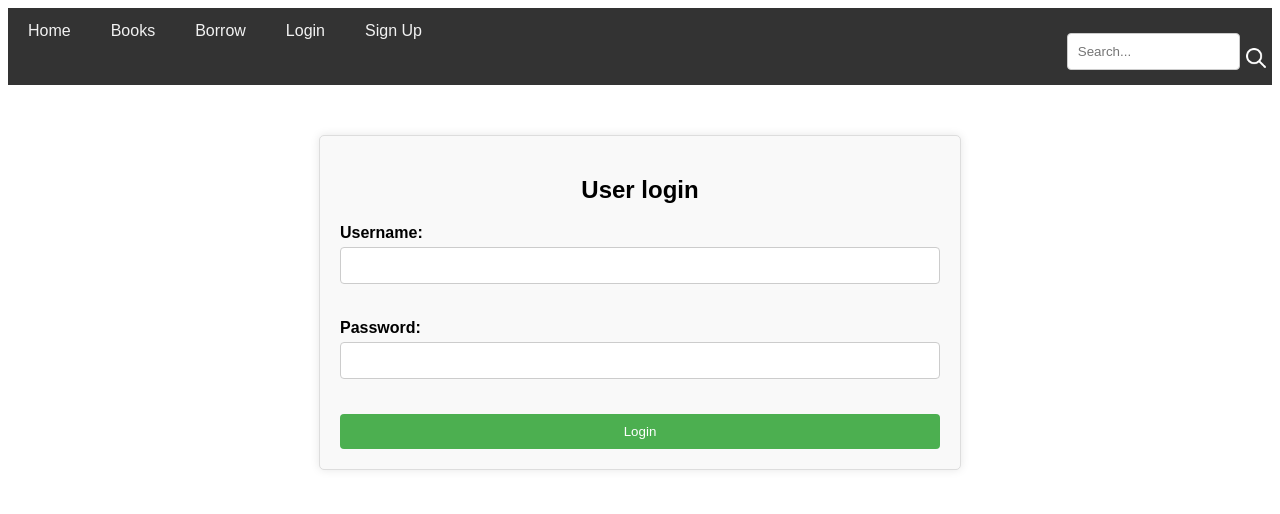
Repository: fadyesk12/Web-Technology-Course-Project
Page: auth/login.html
These files come from the project's save history. The page is drawn as it stood at one moment and after the next save; the edit follows.
The browser window is 1280 px wide. The pictures show the whole page.

Above is the page before, as saved 2024-04-20 02:44:54.

### auth/login.html
<!DOCTYPE html>
<html>
    <head>
      <meta charset="UTF-8">
      <meta name="viewport" content="width=device-width, initial-scale=1.0">
      <title>User login</title>
      <link rel="stylesheet" href="../Styling/login.css">
    </head>
    <body>
          <div id="navbar">
            <a href="../index.html">Home</a>
            <a href="../book_list.html">Books</a>
            <a href="../borrow.html">Borrow</a>
            <a href="../auth/login.html">Login</a>
            <a href="../auth/signup.html">Sign Up</a>
            <div class ="search">
              <form action="" method="get">
                <input type="text" placeholder="Search...">
                <button type="submit"><img src="../PICS/search.png"></button>
              </form>
            </div>
          </div>

          <div class="container">
            <h2>User login</h2>
            <form>
               <div class="form-group">
                 <label for="username">Username:</label>
                 <input type="text" id = "username" name = "username" required>
               </div>
               <div class="form-group">
                 <label for="password">Password:</label>
                 <input type="password" id = "password" name = "password" required>
               </div>
               <input type="submit" value="Login">
            </form>
          </div>
          <script src="login.js"></script>
    </body>
</html>

### Styling/login.css
#navbar {
    overflow: hidden;
    background-color: #333;
  }

#navbar a {
    float: left;
    display: block;
    color: #f2f2f2;
    text-align: center;
    padding: 14px 20px;
    text-decoration: none;
}

#navbar a:hover {
    background-color: #ddd;
    color: black;
}

body {
    font-family: Arial, sans-serif;
}

.container {
    max-width: 600px;
    margin: 50px auto;
    padding: 20px;
    border: 1px solid #ddd;
    border-radius: 5px;
    background-color: #f9f9f9;
    box-shadow: 0 0 10px rgba(0, 0, 0, 0.1);
}

.form-group {
    margin-bottom: 20px;
}

label {
    display: block;
    font-weight: bold;
    margin-bottom: 5px;
}

h1, h2 {
    text-align: center;
}

form {
    margin-top: 20px;
}


input[type="text"],
input[type="password"],
input[type="email"],
select {
    width: 100%;
    padding: 10px;
    margin-bottom: 15px;
    border: 1px solid #ccc;
    border-radius: 4px;
    box-sizing: border-box;
}

input[type="submit"] {
    width: 100%;
    background-color: #4CAF50;
    color: #fff;
    padding: 10px 20px;
    border: none;
    border-radius: 4px;
    cursor: pointer;
}

input[type="submit"]:hover {
    background-color: #45a049;
}

.search{
    margin-top: 5px;
    float:right;
    }

   .search input{
    width:75%;
    }

   .search img{
    width: 20px;
    }

   .search button{
    background-color: #333;
    border: 0;
}

.search form{
        display: flex;
        align-items: center;
        justify-content: right;
}

### auth/login.js
document.addEventListener("DOMContentLoaded", function() {
    const form = document.querySelector("form");

    form.addEventListener("submit", function(event) {
      event.preventDefault();

      const username = document.getElementById("username").value.trim();
      const password = document.getElementById("password").value.trim();

      fetch("/login", {
        method: "POST",
        headers: {
          "Content-Type": "application/json"
        },
        body: JSON.stringify({ username, password })
      })
      .then(response => {
        if (!response.ok) {
          throw new Error("Network response was not ok");
        }
        return response.text();
      })
      .then(responseText => {
        alert(responseText); // Display server response
      })
      .catch(error => {
        console.error("Error:", error);
        alert("An error occurred. Please try again later.");
      });
    });
  });

After the next save:
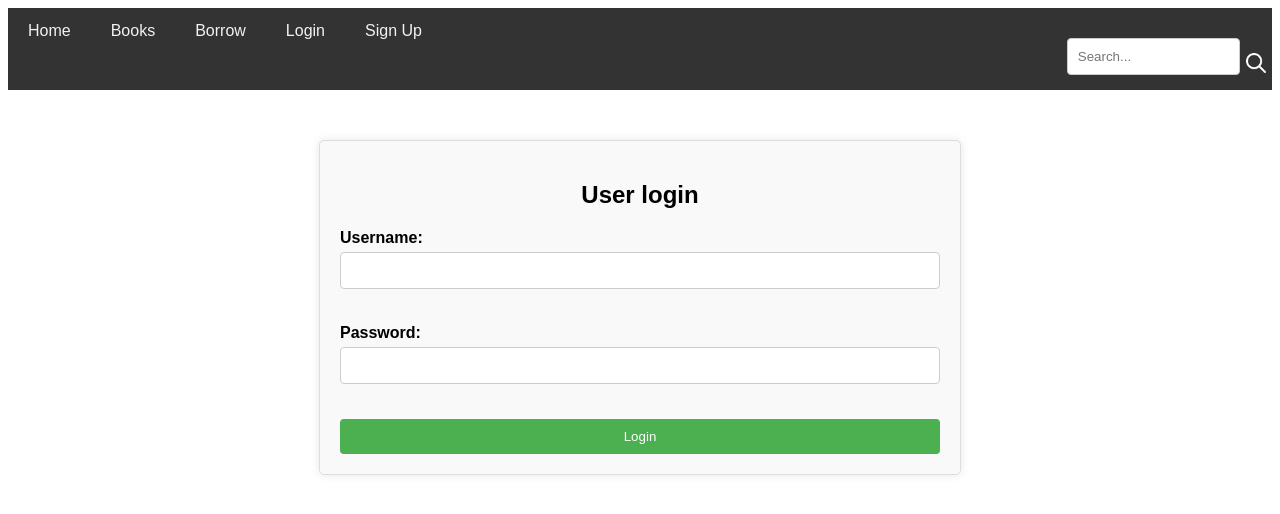
Saved 4 s later.
--- a/Styling/login.css
+++ b/Styling/login.css
@@ -77,22 +77,27 @@
 }
 
 .search{
-    margin-top: 5px;
-    float:right;
-    }
+  margin-top: 10px;
+  float:right;
+}
 
-   .search input{
-    width:75%;
-    }
+.search input{
+  width:75%;
+}
 
-   .search img{
-    width: 20px;
-    }
+.search img{
+  width: 20px;
+}
 
-   .search button{
-    background-color: #333;
-    border: 0;
+.search button{
+  background-color: #333;
+  border: 0;
 }
+.search form{
+display: flex;
+align-items: center;
+justify-content: right;
+            }
 
 .search form{
         display: flex;

After the 2 saves that followed:
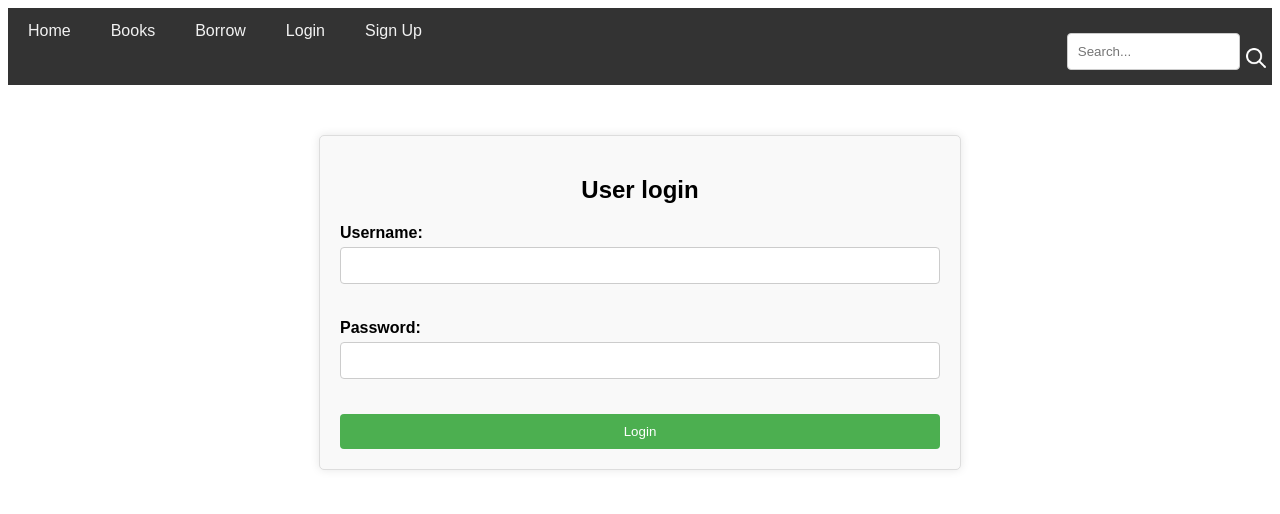
The 2 saves are shown as one change because they came seconds apart.
The last was saved 7 s later.
--- a/Styling/login.css
+++ b/Styling/login.css
@@ -77,27 +77,22 @@
 }
 
 .search{
-  margin-top: 10px;
-  float:right;
+    margin-top: 5px;
+    float:right;
+    }
+
+   .search input{
+    width:75%;
+    }
+
+   .search img{
+    width: 20px;
+    }
+
+   .search button{
+    background-color: #333;
+    border: 0;
 }
-
-.search input{
-  width:75%;
-}
-
-.search img{
-  width: 20px;
-}
-
-.search button{
-  background-color: #333;
-  border: 0;
-}
-.search form{
-display: flex;
-align-items: center;
-justify-content: right;
-            }
 
 .search form{
         display: flex;
